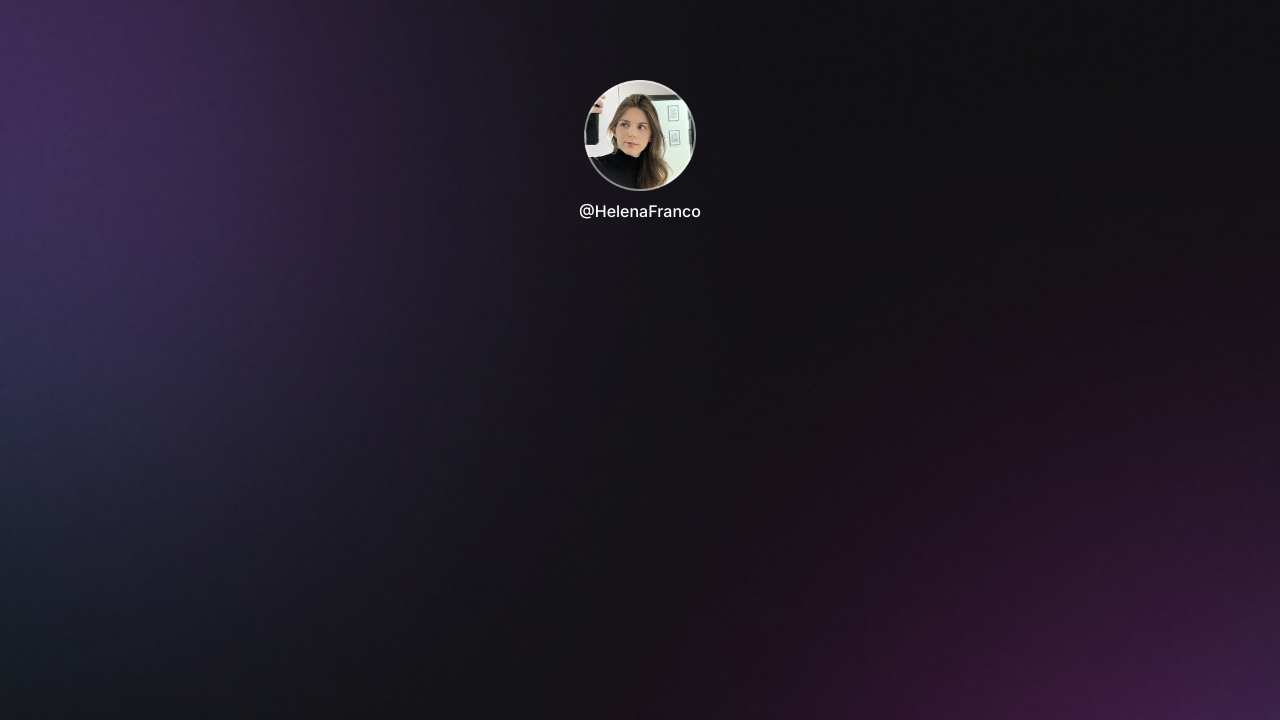
Repository: Fr4nc021/Pagina-de-links-
Page: index.html
An editor plug-in stored every save of this project. The page is shown before and after the next save, followed by the edit.
The browser window is 1280 px wide. The pictures show the whole page.

Above is the page before, as saved 2025-02-07 17:35:14.

After the next save:
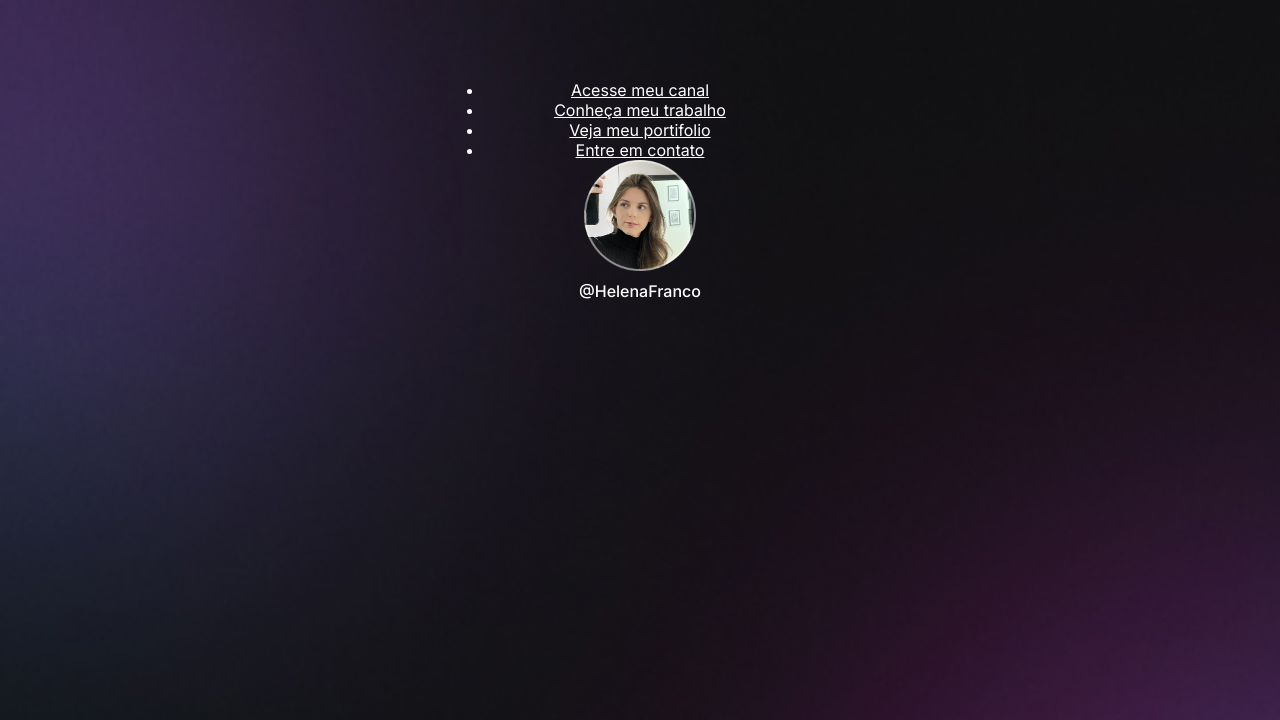
Saved 11 s later.
--- a/index.html
+++ b/index.html
@@ -12,6 +12,22 @@
 <body>
     <div id="container">
     <div id="profile">
+        <div>
+            <ul>
+                <li>
+                    <a href="#">Acesse meu canal</a>
+                </li>
+                <li>
+                    <a href="#">Conheça meu trabalho</a>
+                </li>
+                <li>
+                    <a href="#">Veja meu portifolio</a>
+                </li>
+                <li>
+                    <a href="#">Entre em contato</a>
+                </li>
+            </ul>
+        </div>
     <img
         src="./assets/avatar.png"
         alt="Foto da Helena Franco sorrindo">
